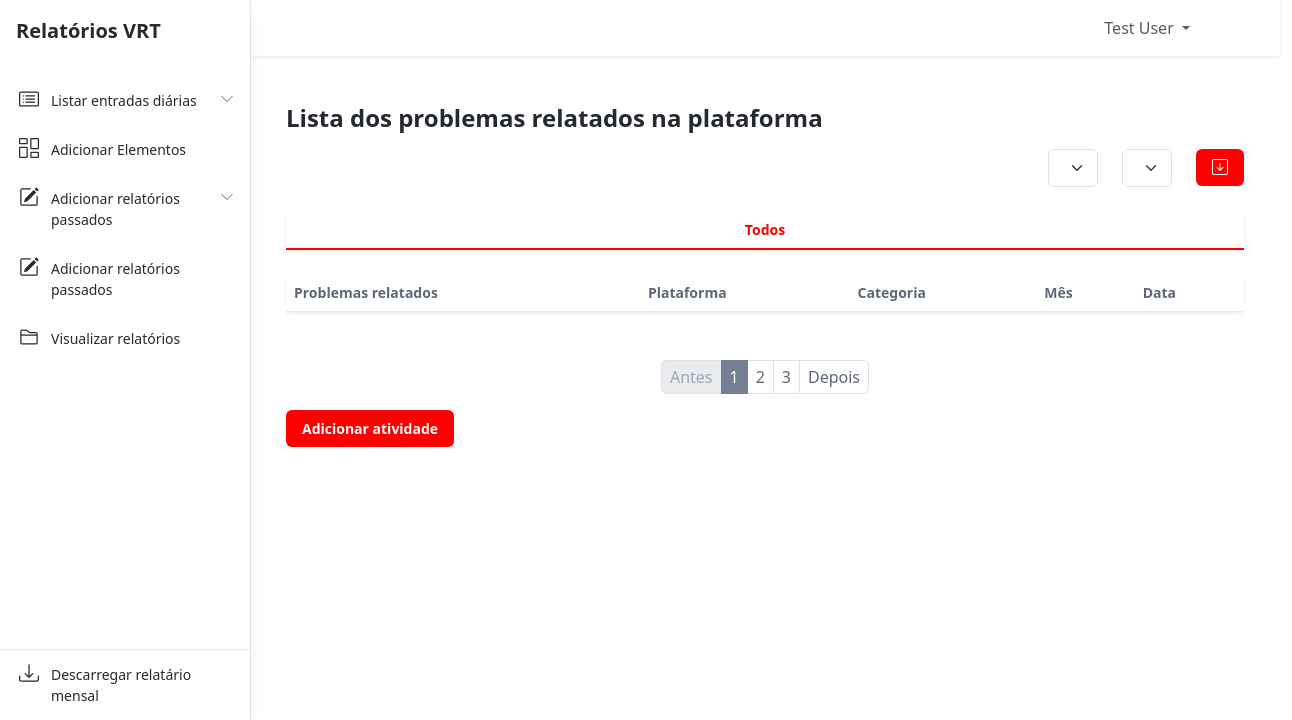
Repository: Yolanda-Marchone/Relatorios
Page: http://localhost/home
An editor plug-in stored every save of this project. The page is shown before and after a run of saves, followed by the edit.
The browser window is 1280 px wide. The page is 1292 px wide, so the pictures cover 1292 px, including what lies to the right of the window. The pictures show the whole page.
The page is served by the project's Laravel application, run on PHP 8.4 with Laravel 10. A made-up administrator, Test User (test@example.com), is signed in. Style sheets and scripts are compiled from the project's sources, by tool versions that may differ from the author's. Queries for data that is not in the repository find no rows.

Above is the page before, as saved 2024-05-23 10:56:40.
Console error: TypeError: Cannot read properties of null (reading 'addEventListener')

After the next 2 saves:
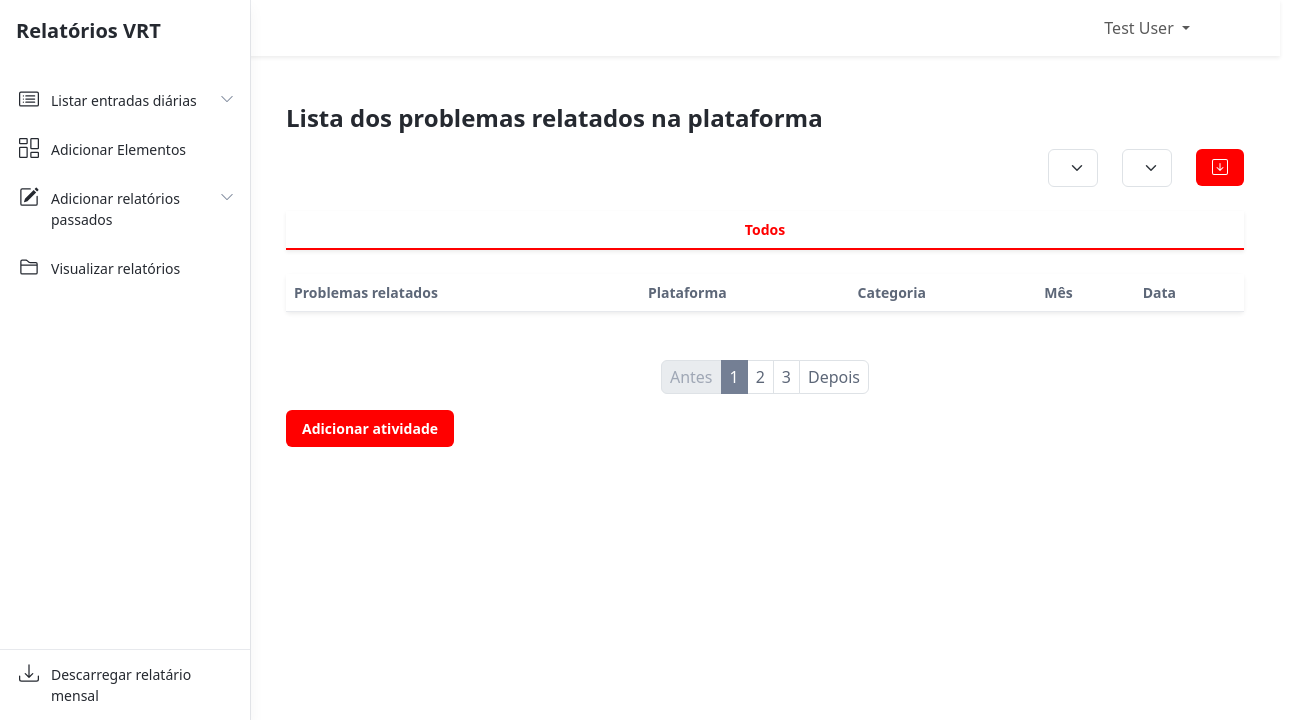
The 2 saves are shown as one change because they came seconds apart.
The last was saved 13 s later.
--- a/resources/views/layouts/app.blade.php
+++ b/resources/views/layouts/app.blade.php
@@ -155,25 +155,7 @@
 
 
 
-                        <li class="nav-item">
-					        <!--//Bootstrap Icons: https://icons.getbootstrap.com/ -->
-					        <a class="nav-link" href="{{ url('/adicionar') }}">
-						        <span class="nav-icon">
-                                <svg xmlns="http://www.w3.org/2000/svg" width="16" height="16" fill="currentColor" class="bi bi-pencil-square" viewBox="0 0 16 16">
-  <path d="M15.502 1.94a.5.5 0 0 1 0 .706L14.459 3.69l-2-2L13.502.646a.5.5 0 0 1 .707 0l1.293 1.293zm-1.75 2.456-2-2L4.939 9.21a.5.5 0 0 0-.121.196l-.805 2.414a.25.25 0 0 0 .316.316l2.414-.805a.5.5 0 0 0 .196-.12l6.813-6.814z"/>
-  <path fill-rule="evenodd" d="M1 13.5A1.5 1.5 0 0 0 2.5 15h11a1.5 1.5 0 0 0 1.5-1.5v-6a.5.5 0 0 0-1 0v6a.5.5 0 0 1-.5.5h-11a.5.5 0 0 1-.5-.5v-11a.5.5 0 0 1 .5-.5H9a.5.5 0 0 0 0-1H2.5A1.5 1.5 0 0 0 1 2.5z"/>
-</svg>
-						         </span>
-                                 <span class="nav-link-text">Adicionar relatórios passados</span>
-
-					        </a><!--//nav-link-->
-                            <div id="submenu-2" class="collapse submenu submenu-2" data-bs-parent="#menu-accordion">
-						        <ul class="submenu-list list-unstyled">
-                                <li class="submenu-item"><a class="submenu-link" href="{{ url('/lista_atividades') }}">Atividades</a></li>
-							    <li class="submenu-item"><a class="submenu-link" href="{{ url('/lista_plataforma') }}">Plataforma</a></li>
-						        </ul>
-					        </div>
-					    </li><!--//nav-item-->           <li class="nav-item">
+                              <li class="nav-item">
 					        <!--//Bootstrap Icons: https://icons.getbootstrap.com/ -->
 					        <a class="nav-link" href="{{ url('/adicionar') }}">
 						        <span class="nav-icon">
